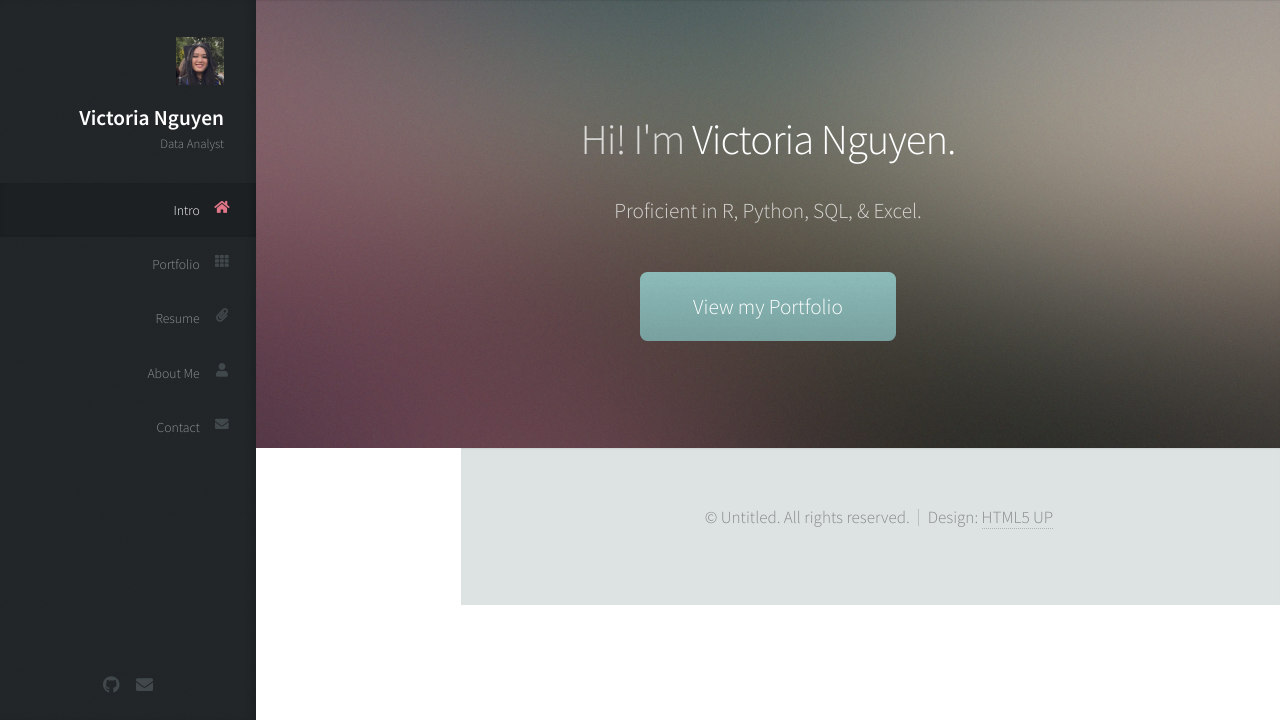
Repository: VictoriaTCNguyen/VictoriaTCNguyen
Page: portfolio_data_cleaning_with_python.html
The author's editor kept a copy of each file at every save. The page is drawn from the files as they stood at one save, then again after a run of saves.
The browser window is 1280 px wide. The pictures show the whole page.

Above is the page before, as saved 2023-05-31 06:24:08.

After the next 2 saves:
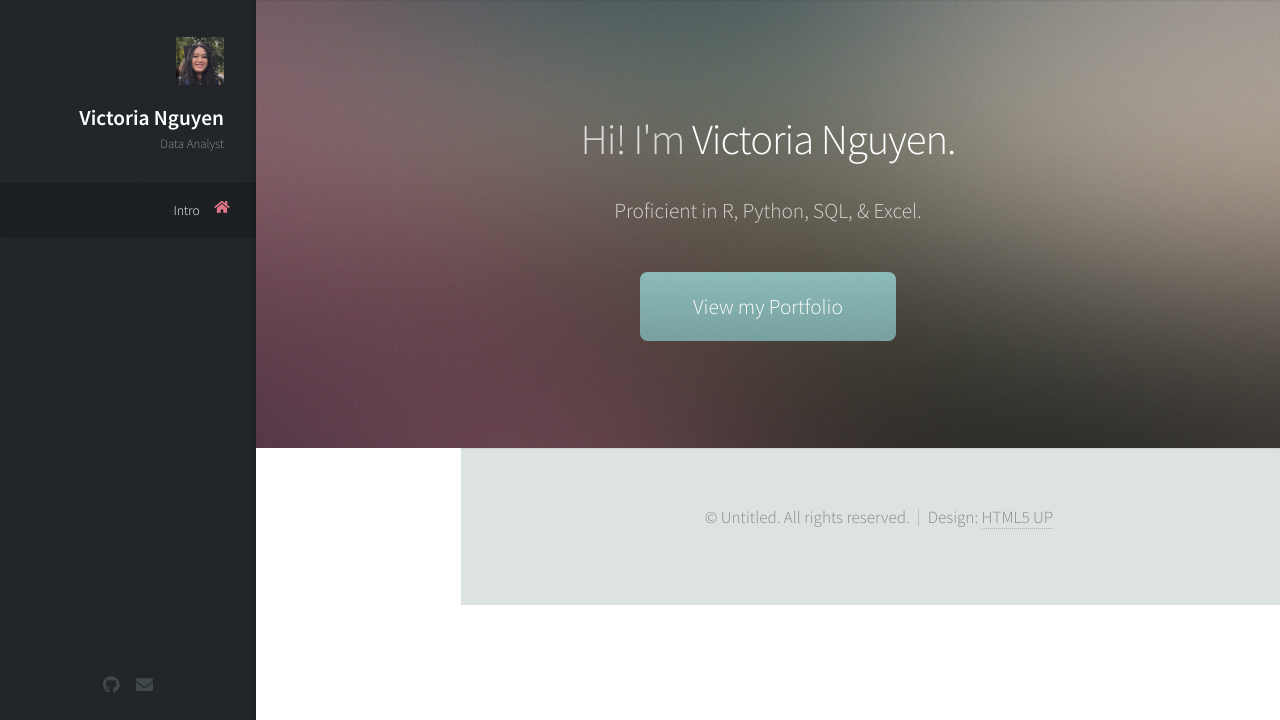
The 2 saves are shown as one change because they came seconds apart.
The last was saved 61 s later.
--- a/portfolio_data_cleaning_with_python.html
+++ b/portfolio_data_cleaning_with_python.html
@@ -31,11 +31,6 @@
 						<nav id="nav">
 							<ul>
 								<li><a href="#top" id="top-link"><span class="icon solid fa-home">Intro</span></a></li>
-								<li><a href="#portfolio" id="portfolio-link"><span class="icon solid fa-th">Portfolio</span></a></li>
-								<!-- <li><a href="#education" id="education-link"><span class="icon solid fa-graduation-cap">Education</span></a></li> -->
-								<li><a href="#resume" id="resume-link"><span class="icon solid fa-paperclip">Resume</span></a></li>
-								<li><a href="#about" id="about-link"><span class="icon solid fa-user">About Me</span></a></li>
-								<li><a href="#contact" id="contact-link"><span class="icon solid fa-envelope">Contact</span></a></li>
 							</ul>
 						</nav>
 
